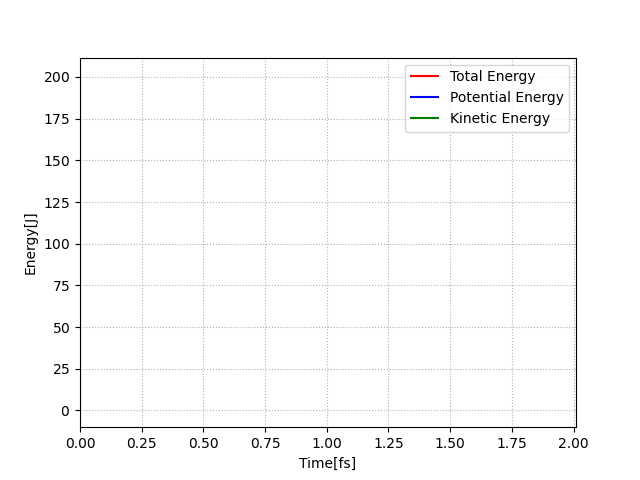
Repository: Tomoya-Oku/OU2025_Handover
Script's output: python Fortran/Samples/Modern/energy_graph.py
These files come from the project's save history. The script's output is drawn as it stood at one moment and after the next save; the edit follows.
Random numbers start from a fixed seed.

Above is the script's output before, as saved 2024-05-06 23:47:32.

### Fortran/Samples/Modern/energy_graph.py
import matplotlib.pyplot as plt
from matplotlib.ticker import ScalarFormatter
import pandas as pd

def main():
    input_dat = pd.read_table("energy.dat",header=None, delim_whitespace=True)

    x_data = input_dat[input_dat.keys()[0]]
    y_data1 = input_dat[input_dat.keys()[1]]
    y_data2 = input_dat[input_dat.keys()[2]]
    y_data3 = input_dat[input_dat.keys()[3]]

    print(x_data)

    plt.xlabel("Time[fs]")
    plt.ylabel("Energy[J]")
    plt.xlim(0, len(x_data) / 100)
    #plt.ylim(-1e-18, 3e-18)
    plt.gca().yaxis.set_major_formatter(ScalarFormatter(useMathText=True))

    plt.grid(linestyle="dotted")

    plt.plot(x_data, y_data1, label="Total Energy", color="red")
    plt.plot(x_data, y_data2, label="Potential Energy", color="blue")
    plt.plot(x_data, y_data3, label="Kinetic Energy", color="green")
    plt.legend()
    plt.show()

###################################################################################################

main()

### Fortran/Samples/Modern/energy.dat
  0.0000000E+00  0.0000000E+00  0.0000000E+00  0.0000000E+00
  0.2009740E-17  0.1742599E-17  0.2671410E-18  0.2015490E+03
 -0.1287433E-17 -0.1551775E-17  0.2643419E-18  0.1994372E+03
 -0.1187211E-17 -0.1449932E-17  0.2627207E-18  0.1982141E+03
 -0.1044685E-17 -0.1307606E-17  0.2629203E-18  0.1983646E+03
 -0.9412290E-18 -0.1205106E-17  0.2638770E-18  0.1990864E+03
 -0.8518248E-18 -0.1115275E-17  0.2634498E-18  0.1987641E+03
 -0.8167055E-18 -0.1082203E-17  0.2654975E-18  0.2003090E+03
 -0.7735485E-18 -0.1038449E-17  0.2649010E-18  0.1998590E+03
 -0.7692481E-18 -0.1033728E-17  0.2644803E-18  0.1995416E+03
 -0.7521146E-18 -0.1017408E-17  0.2652934E-18  0.2001551E+03
 -0.7813954E-18 -0.1046555E-17  0.2651600E-18  0.2000544E+03
 -0.8372769E-18 -0.1103310E-17  0.2660335E-18  0.2007134E+03
 -0.8965536E-18 -0.1161320E-17  0.2647666E-18  0.1997576E+03
 -0.8704361E-18 -0.1136631E-17  0.2661950E-18  0.2008352E+03
 -0.9031885E-18 -0.1168286E-17  0.2650974E-18  0.2000072E+03
 -0.9320930E-18 -0.1197531E-17  0.2654380E-18  0.2002642E+03
 -0.9437238E-18 -0.1208515E-17  0.2647915E-18  0.1997764E+03
 -0.9492217E-18 -0.1214108E-17  0.2648860E-18  0.1998476E+03
 -0.9446874E-18 -0.1209500E-17  0.2648124E-18  0.1997922E+03
 -0.9248491E-18 -0.1188912E-17  0.2640627E-18  0.1992265E+03
 -0.9157106E-18 -0.1180172E-17  0.2644613E-18  0.1995273E+03
 -0.9270122E-18 -0.1191885E-17  0.2648723E-18  0.1998373E+03
 -0.9145964E-18 -0.1179811E-17  0.2652143E-18  0.2000954E+03
 -0.9122103E-18 -0.1177686E-17  0.2654755E-18  0.2002925E+03
 -0.9036327E-18 -0.1168034E-17  0.2644015E-18  0.1994821E+03
 -0.9197311E-18 -0.1184581E-17  0.2648495E-18  0.1998202E+03
 -0.9307253E-18 -0.1195792E-17  0.2650671E-18  0.1999843E+03
 -0.9416899E-18 -0.1206542E-17  0.2648516E-18  0.1998217E+03
 -0.9468624E-18 -0.1213111E-17  0.2662487E-18  0.2008758E+03
 -0.9650781E-18 -0.1230633E-17  0.2655550E-18  0.2003524E+03
 -0.9701396E-18 -0.1234945E-17  0.2648056E-18  0.1997870E+03
 -0.9735854E-18 -0.1238939E-17  0.2653539E-18  0.2002007E+03
 -0.9823917E-18 -0.1247840E-17  0.2654487E-18  0.2002722E+03
 -0.9698070E-18 -0.1234633E-17  0.2648262E-18  0.1998025E+03
 -0.9559048E-18 -0.1221478E-17  0.2655728E-18  0.2003658E+03
 -0.9418401E-18 -0.1205791E-17  0.2639505E-18  0.1991419E+03
 -0.9490433E-18 -0.1213331E-17  0.2642880E-18  0.1993965E+03
 -0.8904278E-18 -0.1154500E-17  0.2640720E-18  0.1992335E+03
 -0.8822284E-18 -0.1147417E-17  0.2651886E-18  0.2000760E+03
 -0.8774964E-18 -0.1142903E-17  0.2654065E-18  0.2002403E+03
 -0.8786047E-18 -0.1142657E-17  0.2640527E-18  0.1992190E+03
 -0.8697184E-18 -0.1135865E-17  0.2661470E-18  0.2007990E+03
 -0.9066693E-18 -0.1172063E-17  0.2653936E-18  0.2002306E+03
 -0.9266491E-18 -0.1191671E-17  0.2650218E-18  0.1999501E+03
 -0.9402176E-18 -0.1205272E-17  0.2650545E-18  0.1999748E+03
 -0.9383823E-18 -0.1203686E-17  0.2653036E-18  0.2001627E+03
 -0.9258566E-18 -0.1190971E-17  0.2651145E-18  0.2000201E+03
 -0.9401294E-18 -0.1206033E-17  0.2659040E-18  0.2006157E+03
 -0.9627398E-18 -0.1226873E-17  0.2641334E-18  0.1992798E+03
 -0.9548249E-18 -0.1220524E-17  0.2656988E-18  0.2004609E+03
 -0.9506015E-18 -0.1215171E-17  0.2645699E-18  0.1996092E+03
 -0.9537976E-18 -0.1219461E-17  0.2656634E-18  0.2004342E+03
 -0.9473235E-18 -0.1212884E-17  0.2655604E-18  0.2003565E+03
 -0.9480153E-18 -0.1212873E-17  0.2648575E-18  0.1998262E+03
 -0.9395689E-18 -0.1205318E-17  0.2657493E-18  0.2004990E+03
 -0.9559761E-18 -0.1220827E-17  0.2648504E-18  0.1998208E+03
 -0.9478495E-18 -0.1212288E-17  0.2644386E-18  0.1995101E+03
 -0.9491484E-18 -0.1214042E-17  0.2648934E-18  0.1998533E+03
 -0.9200736E-18 -0.1185618E-17  0.2655442E-18  0.2003443E+03
 -0.9347899E-18 -0.1200546E-17  0.2657557E-18  0.2005039E+03
 -0.9503190E-18 -0.1214872E-17  0.2645535E-18  0.1995968E+03
 -0.9302491E-18 -0.1196212E-17  0.2659630E-18  0.2006602E+03
 -0.9287852E-18 -0.1194841E-17  0.2660563E-18  0.2007306E+03
 -0.9425087E-18 -0.1207569E-17  0.2650599E-18  0.1999789E+03
 -0.9361554E-18 -0.1200698E-17  0.2645426E-18  0.1995886E+03
 -0.9112968E-18 -0.1176473E-17  0.2651758E-18  0.2000663E+03
 -0.9337507E-18 -0.1199076E-17  0.2653255E-18  0.2001792E+03
 -0.9600221E-18 -0.1225544E-17  0.2655222E-18  0.2003276E+03
 -0.9662998E-18 -0.1231646E-17  0.2653466E-18  0.2001952E+03
 -0.9698140E-18 -0.1234540E-17  0.2647261E-18  0.1997270E+03
 -0.9580642E-18 -0.1222983E-17  0.2649191E-18  0.1998726E+03
 -0.9637080E-18 -0.1228527E-17  0.2648191E-18  0.1997972E+03
 -0.9788009E-18 -0.1243551E-17  0.2647502E-18  0.1997452E+03
 -0.9558558E-18 -0.1221211E-17  0.2653548E-18  0.2002014E+03
 -0.9443511E-18 -0.1209653E-17  0.2653018E-18  0.2001614E+03
 -0.9314444E-18 -0.1196152E-17  0.2647079E-18  0.1997133E+03
 -0.9365196E-18 -0.1201538E-17  0.2650184E-18  0.1999476E+03
 -0.9403887E-18 -0.1205663E-17  0.2652745E-18  0.2001408E+03
 -0.9270429E-18 -0.1191803E-17  0.2647597E-18  0.1997524E+03
 -0.9361062E-18 -0.1201823E-17  0.2657169E-18  0.2004745E+03
 -0.9331902E-18 -0.1198307E-17  0.2651168E-18  0.2000218E+03
 -0.9383272E-18 -0.1202877E-17  0.2645501E-18  0.1995942E+03
 -0.9444703E-18 -0.1210038E-17  0.2655679E-18  0.2003621E+03
 -0.9682185E-18 -0.1232689E-17  0.2644706E-18  0.1995343E+03
 -0.9381254E-18 -0.1204164E-17  0.2660389E-18  0.2007175E+03
 -0.9729567E-18 -0.1238067E-17  0.2651098E-18  0.2000165E+03
 -0.9665360E-18 -0.1231196E-17  0.2646605E-18  0.1996775E+03
 -0.9353457E-18 -0.1200898E-17  0.2655518E-18  0.2003500E+03
 -0.9438126E-18 -0.1209180E-17  0.2653670E-18  0.2002105E+03
 -0.9472789E-18 -0.1212298E-17  0.2650187E-18  0.1999478E+03
 -0.9498625E-18 -0.1214704E-17  0.2648415E-18  0.1998141E+03
 -0.9183808E-18 -0.1183126E-17  0.2647451E-18  0.1997414E+03
 -0.9300651E-18 -0.1195657E-17  0.2655916E-18  0.2003800E+03
 -0.9355587E-18 -0.1200637E-17  0.2650781E-18  0.1999926E+03
 -0.9427315E-18 -0.1207839E-17  0.2651072E-18  0.2000145E+03
 -0.9465320E-18 -0.1211329E-17  0.2647973E-18  0.1997807E+03
 -0.9457175E-18 -0.1210495E-17  0.2647778E-18  0.1997661E+03
 -0.9676765E-18 -0.1233115E-17  0.2654382E-18  0.2002643E+03
 -0.9273516E-18 -0.1193156E-17  0.2658047E-18  0.2005408E+03
 -0.9667943E-18 -0.1232122E-17  0.2653281E-18  0.2001812E+03
 -0.9648564E-18 -0.1229752E-17  0.2648955E-18  0.1998548E+03
 -0.9704332E-18 -0.1235750E-17  0.2653166E-18  0.2001725E+03
 -0.9307834E-18 -0.1195549E-17  0.2647660E-18  0.1997571E+03
 -0.9200874E-18 -0.1185368E-17  0.2652804E-18  0.2001452E+03
 -0.9387429E-18 -0.1203549E-17  0.2648057E-18  0.1997871E+03
 -0.9167015E-18 -0.1182912E-17  0.2662102E-18  0.2008468E+03
 -0.9280079E-18 -0.1192593E-17  0.2645851E-18  0.1996206E+03
 -0.9325684E-18 -0.1197287E-17  0.2647188E-18  0.1997215E+03
 -0.9153961E-18 -0.1181153E-17  0.2657564E-18  0.2005044E+03
 -0.9387598E-18 -0.1204468E-17  0.2657077E-18  0.2004676E+03
 -0.9398386E-18 -0.1204853E-17  0.2650144E-18  0.1999445E+03
 -0.9555375E-18 -0.1221736E-17  0.2661986E-18  0.2008380E+03
 -0.9704523E-18 -0.1236010E-17  0.2655573E-18  0.2003541E+03
 -0.9566686E-18 -0.1220850E-17  0.2641813E-18  0.1993160E+03
 -0.9606298E-18 -0.1227208E-17  0.2665780E-18  0.2011242E+03
 -0.9806929E-18 -0.1244932E-17  0.2642386E-18  0.1993592E+03
 -0.9651374E-18 -0.1230484E-17  0.2653463E-18  0.2001949E+03
 -0.9534136E-18 -0.1218587E-17  0.2651736E-18  0.2000647E+03
 -0.9559815E-18 -0.1221485E-17  0.2655036E-18  0.2003136E+03
 -0.9374195E-18 -0.1202113E-17  0.2646940E-18  0.1997028E+03
 -0.9548110E-18 -0.1219974E-17  0.2651632E-18  0.2000568E+03
 -0.9441756E-18 -0.1208997E-17  0.2648211E-18  0.1997987E+03
 -0.9441109E-18 -0.1209106E-17  0.2649952E-18  0.1999301E+03
 -0.9566169E-18 -0.1221033E-17  0.2644159E-18  0.1994930E+03
 -0.9469026E-18 -0.1212423E-17  0.2655200E-18  0.2003260E+03
 -0.9696516E-18 -0.1234979E-17  0.2653279E-18  0.2001811E+03
 -0.9593795E-18 -0.1223962E-17  0.2645829E-18  0.1996190E+03
 -0.9682219E-18 -0.1233860E-17  0.2656382E-18  0.2004152E+03
 -0.9906631E-18 -0.1255121E-17  0.2644580E-18  0.1995247E+03
 -0.9666725E-18 -0.1231982E-17  0.2653096E-18  0.2001673E+03
 -0.9531750E-18 -0.1218269E-17  0.2650942E-18  0.2000047E+03
 -0.9526289E-18 -0.1216701E-17  0.2640723E-18  0.1992338E+03
 -0.9520371E-18 -0.1216371E-17  0.2643336E-18  0.1994309E+03
 -0.9450574E-18 -0.1209749E-17  0.2646911E-18  0.1997006E+03
 -0.9748637E-18 -0.1240098E-17  0.2652341E-18  0.2001103E+03
 -0.9773242E-18 -0.1242636E-17  0.2653115E-18  0.2001687E+03
 -0.9646059E-18 -0.1229218E-17  0.2646124E-18  0.1996412E+03
 -0.9653822E-18 -0.1230170E-17  0.2647875E-18  0.1997734E+03
 -0.9676526E-18 -0.1232332E-17  0.2646798E-18  0.1996921E+03
 -0.9464784E-18 -0.1211204E-17  0.2647255E-18  0.1997266E+03
 -0.9256983E-18 -0.1191458E-17  0.2657599E-18  0.2005070E+03
 -0.9354450E-18 -0.1200366E-17  0.2649206E-18  0.1998738E+03
 -0.9357858E-18 -0.1202093E-17  0.2663070E-18  0.2009198E+03
 -0.9427376E-18 -0.1207359E-17  0.2646214E-18  0.1996480E+03
 -0.9570580E-18 -0.1221646E-17  0.2645883E-18  0.1996230E+03
 -0.9439079E-18 -0.1208623E-17  0.2647153E-18  0.1997189E+03
 -0.9433462E-18 -0.1207719E-17  0.2643726E-18  0.1994604E+03
 -0.9723289E-18 -0.1237141E-17  0.2648118E-18  0.1997917E+03
 -0.9821890E-18 -0.1246956E-17  0.2647673E-18  0.1997581E+03
 -0.9457060E-18 -0.1210334E-17  0.2646281E-18  0.1996531E+03
 -0.9621370E-18 -0.1227303E-17  0.2651657E-18  0.2000587E+03
 -0.9525522E-18 -0.1217329E-17  0.2647765E-18  0.1997650E+03
 -0.9292767E-18 -0.1195562E-17  0.2662849E-18  0.2009031E+03
 -0.9506420E-18 -0.1215038E-17  0.2643956E-18  0.1994777E+03
 -0.9224022E-18 -0.1187567E-17  0.2651653E-18  0.2000584E+03
 -0.9501899E-18 -0.1215721E-17  0.2655313E-18  0.2003345E+03
 -0.9325969E-18 -0.1196889E-17  0.2642917E-18  0.1993993E+03
 -0.9268221E-18 -0.1193426E-17  0.2666035E-18  0.2011435E+03
 -0.9414113E-18 -0.1205617E-17  0.2642059E-18  0.1993346E+03
 -0.9466298E-18 -0.1212415E-17  0.2657855E-18  0.2005263E+03
 -0.9464295E-18 -0.1211009E-17  0.2645797E-18  0.1996166E+03
 -0.9596118E-18 -0.1225025E-17  0.2654133E-18  0.2002455E+03
 -0.9436331E-18 -0.1208914E-17  0.2652807E-18  0.2001454E+03
 -0.9748568E-18 -0.1240367E-17  0.2655099E-18  0.2003184E+03
 -0.9420349E-18 -0.1206216E-17  0.2641811E-18  0.1993158E+03
 -0.9699285E-18 -0.1236137E-17  0.2662087E-18  0.2008456E+03
 -0.9896080E-18 -0.1255256E-17  0.2656480E-18  0.2004225E+03
 -0.9864718E-18 -0.1250779E-17  0.2643071E-18  0.1994109E+03
 -0.9918689E-18 -0.1257090E-17  0.2652213E-18  0.2001006E+03
 -0.9698374E-18 -0.1234720E-17  0.2648828E-18  0.1998453E+03
 -0.9988809E-18 -0.1264150E-17  0.2652691E-18  0.2001367E+03
 -0.1006481E-17 -0.1272251E-17  0.2657695E-18  0.2005143E+03
 -0.9939218E-18 -0.1258063E-17  0.2641408E-18  0.1992855E+03
 -0.1009669E-17 -0.1275907E-17  0.2662381E-18  0.2008678E+03
 -0.1027585E-17 -0.1293146E-17  0.2655617E-18  0.2003575E+03
 -0.1032928E-17 -0.1296967E-17  0.2640389E-18  0.1992086E+03
 -0.1007547E-17 -0.1272822E-17  0.2652757E-18  0.2001417E+03
 -0.1003992E-17 -0.1269907E-17  0.2659146E-18  0.2006237E+03
 -0.9761651E-18 -0.1240461E-17  0.2642955E-18  0.1994022E+03
 -0.9775537E-18 -0.1241763E-17  0.2642088E-18  0.1993368E+03
 -0.9984467E-18 -0.1264722E-17  0.2662755E-18  0.2008960E+03
 -0.9813454E-18 -0.1246298E-17  0.2649524E-18  0.1998978E+03
 -0.9708930E-18 -0.1236258E-17  0.2653650E-18  0.2002091E+03
 -0.9999555E-18 -0.1264660E-17  0.2647041E-18  0.1997104E+03
 -0.1021355E-17 -0.1286361E-17  0.2650063E-18  0.1999384E+03
 -0.1038725E-17 -0.1303980E-17  0.2652555E-18  0.2001265E+03
 -0.1026800E-17 -0.1292385E-17  0.2655852E-18  0.2003752E+03
 -0.1015801E-17 -0.1281163E-17  0.2653626E-18  0.2002072E+03
 -0.1022004E-17 -0.1286221E-17  0.2642175E-18  0.1993433E+03
 -0.1043718E-17 -0.1308877E-17  0.2651585E-18  0.2000532E+03
 -0.9768984E-18 -0.1240997E-17  0.2640984E-18  0.1992534E+03
 -0.1023436E-17 -0.1289678E-17  0.2662424E-18  0.2008710E+03
 -0.1017850E-17 -0.1282666E-17  0.2648165E-18  0.1997953E+03
 -0.9912801E-18 -0.1255677E-17  0.2643970E-18  0.1994787E+03
 -0.9767044E-18 -0.1241283E-17  0.2645790E-18  0.1996160E+03
 -0.9483530E-18 -0.1212757E-17  0.2644037E-18  0.1994838E+03
 -0.9566539E-18 -0.1221918E-17  0.2652640E-18  0.2001328E+03
 -0.9302121E-18 -0.1195422E-17  0.2652098E-18  0.2000919E+03
 -0.9145513E-18 -0.1179579E-17  0.2650276E-18  0.1999545E+03
 -0.9378825E-18 -0.1202594E-17  0.2647119E-18  0.1997163E+03

After the next save:
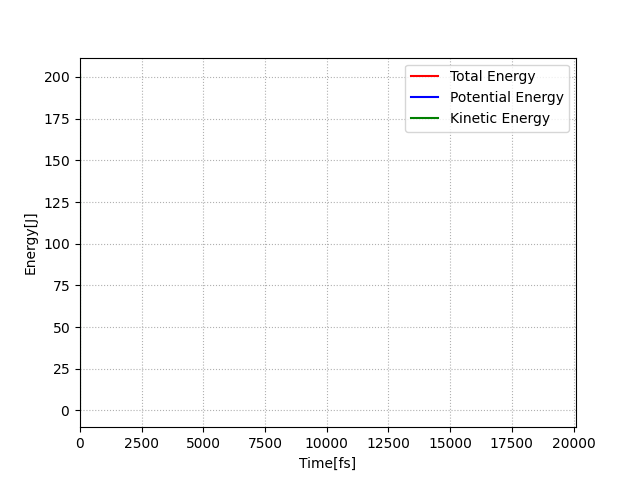
Saved 2 min 45 s later.
--- a/Fortran/Samples/Modern/energy_graph.py
+++ b/Fortran/Samples/Modern/energy_graph.py
@@ -14,7 +14,7 @@ def main():
 
     plt.xlabel("Time[fs]")
     plt.ylabel("Energy[J]")
-    plt.xlim(0, len(x_data) / 100)
+    plt.xlim(0, len(x_data)*100)
     #plt.ylim(-1e-18, 3e-18)
     plt.gca().yaxis.set_major_formatter(ScalarFormatter(useMathText=True))
 
